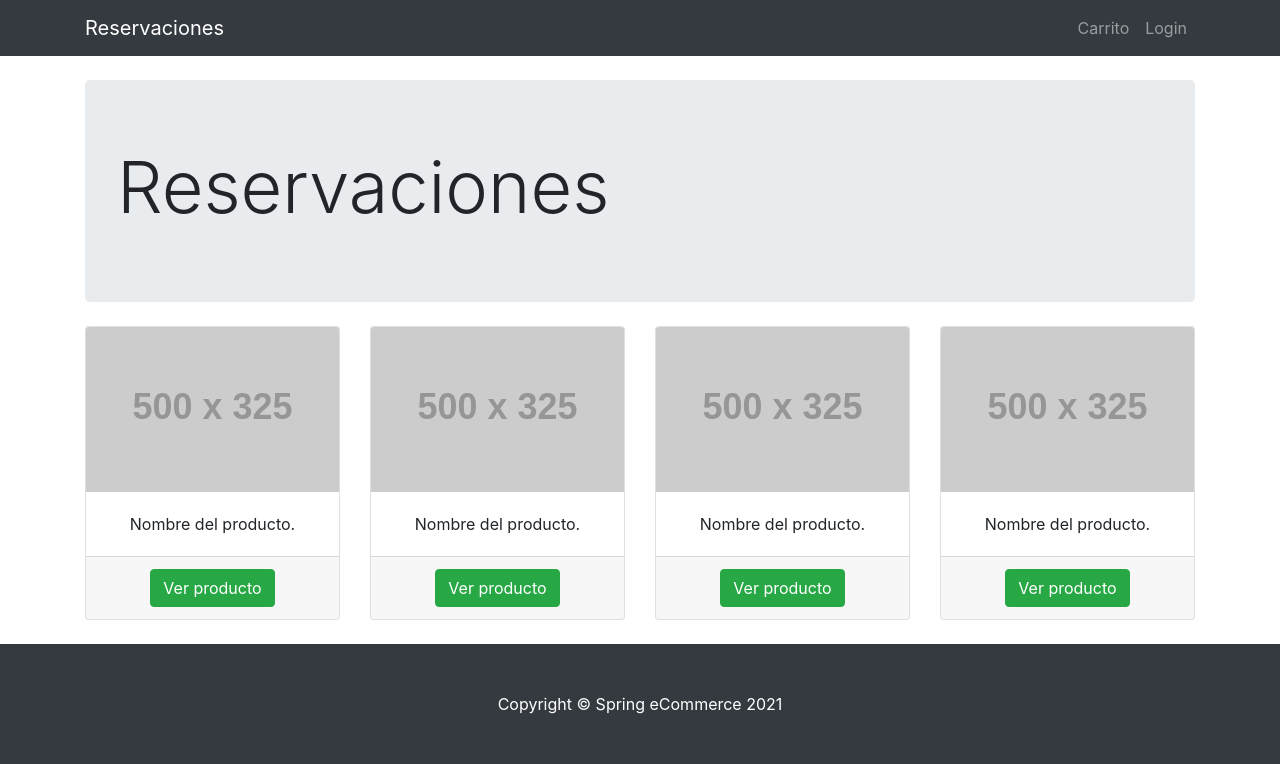
Repository: alexpool1122/Caso_Final_Laboratorio
Page: http://localhost/index
These files come from the project's save history. The page is drawn as it stood at one moment and after the next save; the edit follows.
The browser window is 1280 px wide. The pictures show the whole page.
The page is this project's Thymeleaf template; nobody is signed in. Other server files are loaded and not shown. The template is opened directly, without the code that normally fills it, so the values that code supplies are empty.

Above is the page before, as saved 2023-11-23 09:31:49.

### CasoFinal/src/main/resources/templates/index.html
<!DOCTYPE html>
<html xmlns="http://www.w3.org/1999/xhtml" xmlns:th="http://www.thymeleaf.org">

<head>
	<meta charset="utf-8">
	<meta name="viewport" content="width=device-width, initial-scale=1, shrink-to-fit=no">
	<meta name="description" content="">
	<meta name="author" content="">
	<title>Reservas</title>

	<link th:href="@{vendor/bootstrap/css/bootstrap.min.css}" rel="stylesheet">

	<link th:href="@{css/heroic-features.css}" rel="stylesheet">

</head>

<body>

	<div th:include="templado_header_footer.html::header"></div>

	<!-- Page Content -->
	<div class="container">

		<!-- Jumbotron Header -->
		<header class="jumbotron my-4">
			<h1 class="display-3">Reservaciones</h1>
		</header>

		<!-- Page Features -->
		<div class="row text-center">

			<div class="col-lg-3 col-md-6 mb-4">
				<div class="card h-100">
					<img class="card-img-top" src="http://placehold.it/500x325" alt="">
					<div class="card-body">
						<p class="card-text">Nombre del producto.</p>
					</div>
					<div class="card-footer">
						<a href="productohome.html" class="btn btn-success">Ver producto</a>
					</div>
				</div>
			</div>

			<div class="col-lg-3 col-md-6 mb-4">
				<div class="card h-100">
					<img class="card-img-top" src="http://placehold.it/500x325" alt="">
					<div class="card-body">
						<p class="card-text">Nombre del producto.</p>
					</div>
					<div class="card-footer">
						<a href="#" class="btn btn-success">Ver producto</a>
					</div>
				</div>
			</div>

			<div class="col-lg-3 col-md-6 mb-4">
				<div class="card h-100">
					<img class="card-img-top" src="http://placehold.it/500x325" alt="">
					<div class="card-body">
						<p class="card-text">Nombre del producto.</p>
					</div>
					<div class="card-footer">
						<a href="#" class="btn btn-success">Ver producto</a>
					</div>
				</div>
			</div>
			<div class="col-lg-3 col-md-6 mb-4">
				<div class="card h-100">
					<img class="card-img-top" src="http://placehold.it/500x325" alt="">
					<div class="card-body">
						<p class="card-text">Nombre del producto.</p>
					</div>
					<div class="card-footer">
						<a href="#" class="btn btn-success">Ver producto</a>
					</div>
				</div>
			</div>

		</div>
		<!-- /.row -->

	</div>
	<!-- /.container -->

	<div th:include="templado_header_footer.html::footer"></div>


	<script th:src="@{vendor/jquery/jquery.min.js}"></script>
	<script th:src="@{vendor/bootstrap/js/bootstrap.bundle.min.js}"></script>

</body>

</html>

### CasoFinal/src/main/resources/templates/templado_header_footer.html
<!DOCTYPE html>
<html xmlns="http://www.w3.org/1999/xhtml" xmlns:th="http://www.thymeleaf.org">

<head>
	<meta charset="utf-8">
	<meta name="viewport" content="width=device-width, initial-scale=1, shrink-to-fit=no">
	<meta name="description" content="">
	<meta name="author" content="">
	<title>Reservas</title>

	<link th:href="@{vendor/bootstrap/css/bootstrap.min.css}" rel="stylesheet">

	<link th:href="@{css/heroic-features.css}" rel="stylesheet">

</head>

<body>

	<div th:fragment="header">
		<nav class="navbar navbar-expand-lg navbar-dark bg-dark fixed-top">
			<div class="container">
				<a class="navbar-brand" th:href="@{/Reserva}">Reservaciones</a>

				<div class="collapse navbar-collapse" id="navbarResponsive">
					<ul class="navbar-nav ml-auto">
						<li class="nav-item"><a class="nav-link" href="carrito.html">Carrito</a></li>
						<li class="nav-item"><a class="nav-link" href="login.html">Login</a></li>
					</ul>
				</div>
			</div>
		</nav>
	</div>

	<div th:fragment="footer">
		<footer class="py-5 bg-dark">
			<div class="container">
				<p class="m-0 text-center text-white">Copyright &copy; Spring eCommerce 2021</p>
			</div>

		</footer>
	</div>
	<script th:src="@{vendor/jquery/jquery.min.js}"></script>
	<script th:src="@{vendor/bootstrap/js/bootstrap.bundle.min.js}"></script>

</body>

</html>

Loaded but not shown: CasoFinal/src/main/resources/static/css/heroic-features.css (common file)

After the next save:
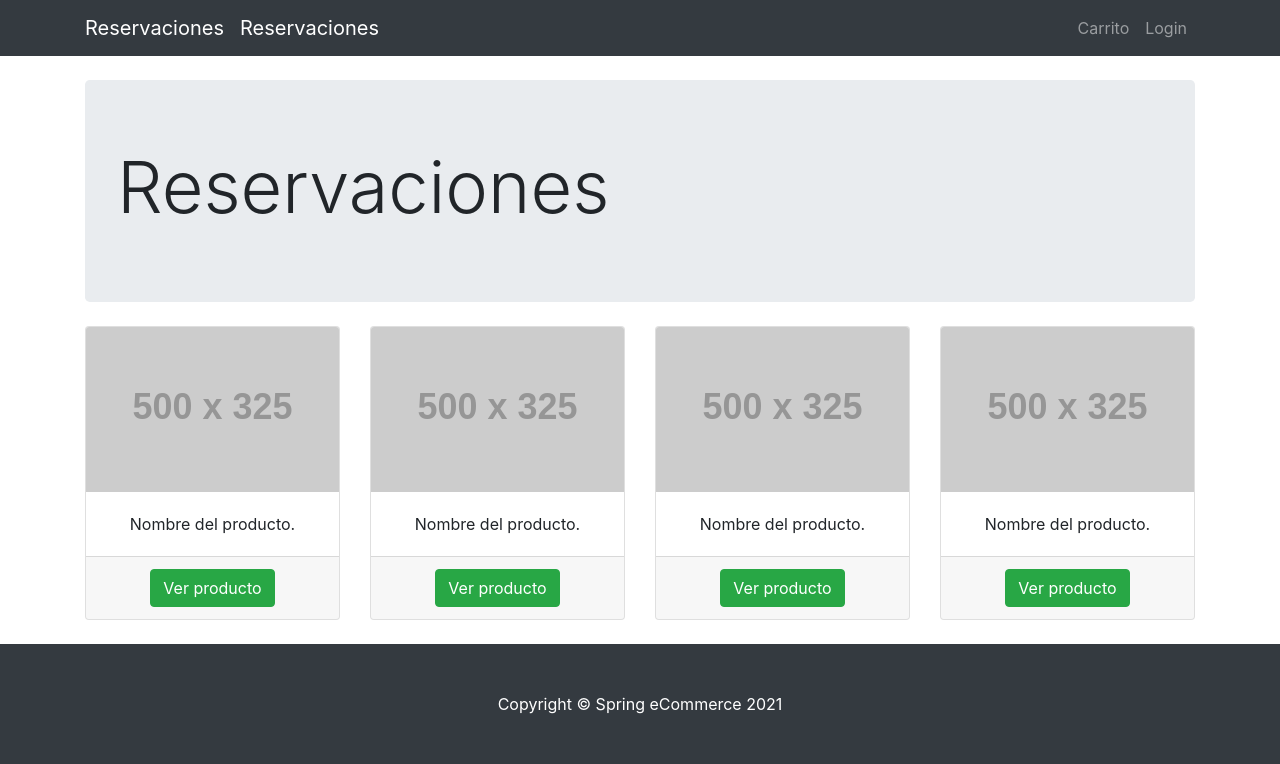
Saved 70 s later.
--- a/CasoFinal/src/main/resources/templates/templado_header_footer.html
+++ b/CasoFinal/src/main/resources/templates/templado_header_footer.html
@@ -20,7 +20,7 @@
 		<nav class="navbar navbar-expand-lg navbar-dark bg-dark fixed-top">
 			<div class="container">
 				<a class="navbar-brand" th:href="@{/Reserva}">Reservaciones</a>
-
+				<a class="navbar-brand" th:href="@{/Habitacion}">Reservaciones</a>
 				<div class="collapse navbar-collapse" id="navbarResponsive">
 					<ul class="navbar-nav ml-auto">
 						<li class="nav-item"><a class="nav-link" href="carrito.html">Carrito</a></li>
